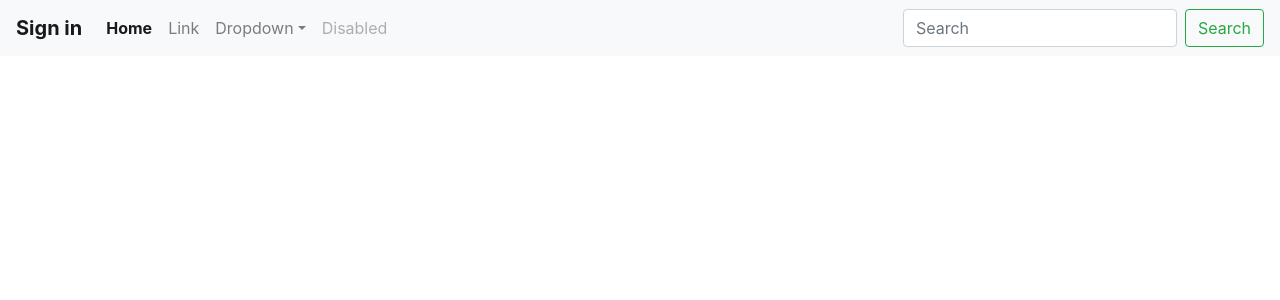
Repository: messimacky/Movie-Rental-System-Front-End
Page: /navbar
An editor plug-in stored every save of this project. The page is shown before and after the next save, followed by the edit.
The browser window is 1280 px wide. The pictures show the whole page.
The project was rebuilt for these pictures with package versions that can differ from the ones it lists, and the page was loaded fresh each time. Also part of the build but not shown: src/http-common.js, src/services/movie.service.js, src/components/AddMovie.js, src/components/MoviesList.js, src/components/NotFound.js, src/components/login/Login.js, src/services/customer.service.js, src/components/AddCustomer.js and 7 more.

Above is the page before, as saved 2022-04-25 12:42:58.

After the next save:
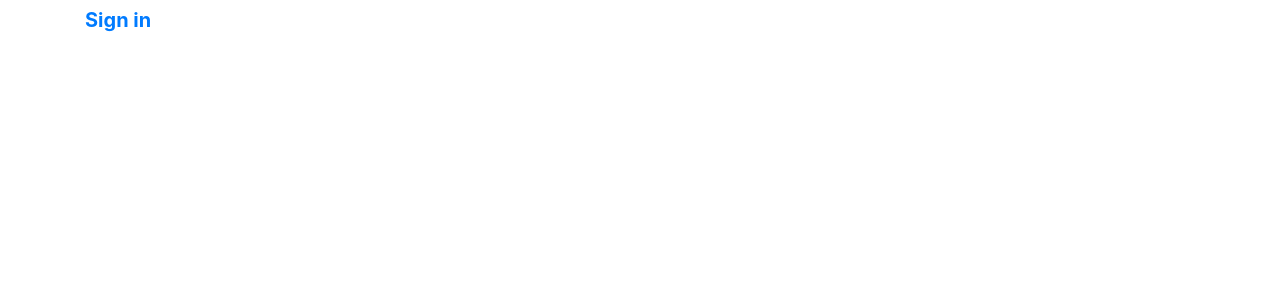
Saved 25 s later.
--- a/src/components/Navbar.js
+++ b/src/components/Navbar.js
@@ -2,7 +2,7 @@
     return (
 
 
-        <nav className="navbar navbar-expand-lg navbar-light bg-light">
+        <nav className="container">
             <a className="navbar-brand" href="login"> <b>Sign in</b> </a>
             <button className="navbar-toggler" type="button" data-toggle="collapse" data-target="#navbarSupportedContent" aria-controls="navbarSupportedContent" aria-expanded="false" aria-label="Toggle navigation">
                 <span className="navbar-toggler-icon"></span>

After the save that followed:
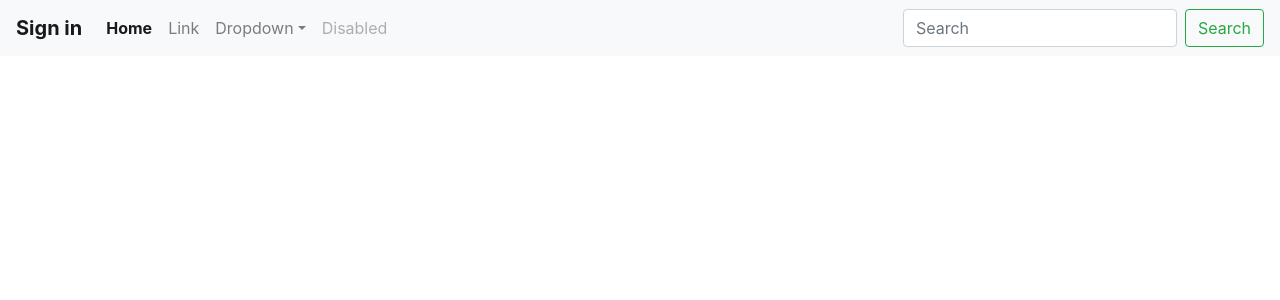
Saved 4 s later.
--- a/src/components/Navbar.js
+++ b/src/components/Navbar.js
@@ -2,7 +2,7 @@
     return (
 
 
-        <nav className="container">
+        <nav className="navbar navbar-expand-lg navbar-light bg-light">
             <a className="navbar-brand" href="login"> <b>Sign in</b> </a>
             <button className="navbar-toggler" type="button" data-toggle="collapse" data-target="#navbarSupportedContent" aria-controls="navbarSupportedContent" aria-expanded="false" aria-label="Toggle navigation">
                 <span className="navbar-toggler-icon"></span>
